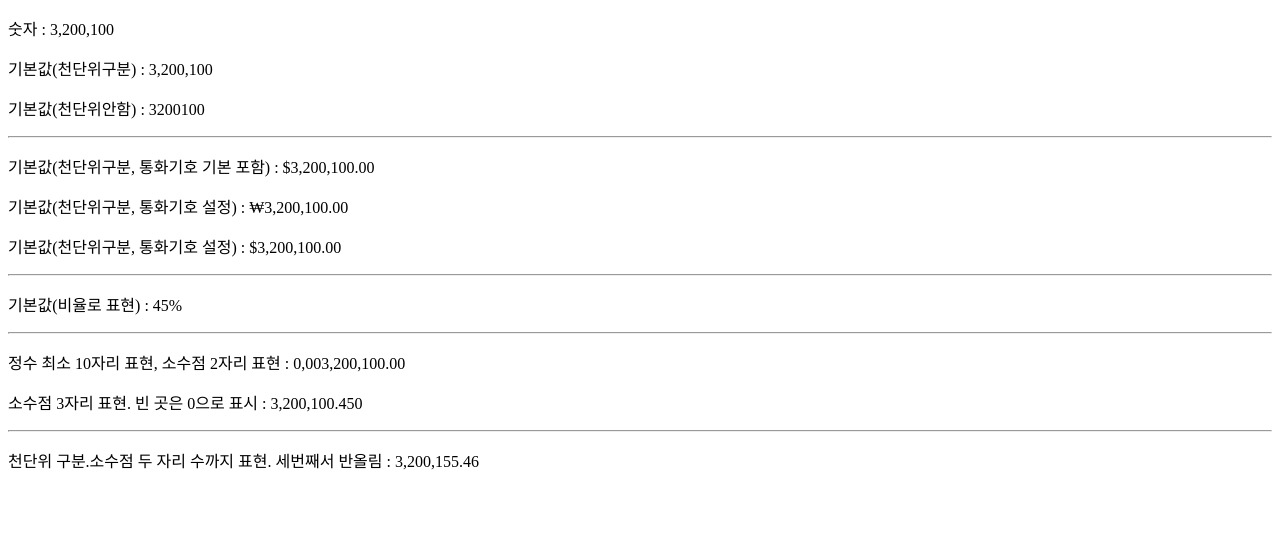
Repository: zhyuk/FullStackStudy
Page: http://localhost/jsptwo/13_02_jstl_fmt03.jsp
These files come from the project's save history. The page is drawn as it stood at one moment and after the next save; the edit follows.
The browser window is 1280 px wide. The pictures show the whole page.
The page is served by Tomcat 9. Other server files are loaded and not shown.

Above is the page before, as saved 2024-08-30 05:58:37.

### jsp/jspwork/jsptwo/src/main/webapp/13_02_jstl_fmt03.jsp
<%@ page language="java" contentType="text/html; charset=UTF-8"
    pageEncoding="UTF-8"%>
<%@ taglib prefix="fmt" uri="http://java.sun.com/jsp/jstl/fmt" %>
<!DOCTYPE html>
<html>
<head>
<meta charset="UTF-8">
<title>Internationalization (i18n - 국제화)</title>
</head>
<body>
	<!--  fmt : jstl의 fmt 사용했기 때문에 사용. -->
	<p>숫자 : <fmt:formatNumber value="3200100"/></p>
	<p>기본값(천단위구분) : <fmt:formatNumber value="3200100" type="number"/></p>
	<!--  groupingUsed="false" : 천단위 구분을 해제. 기본값이 true임 -->
	<p>기본값(천단위안함) : <fmt:formatNumber value="3200100" type="number" groupingUsed="false"/></p><hr>

	<!-- type="currency" : 통화기호까지 기본으로 포함. 기본값은 해당 국가를 인식해서 해당 통화기호를 붙여줌. -->
	<p>기본값(천단위구분, 통화기호 기본 포함) : <fmt:formatNumber value="3200100" type="currency"/></p>
	<p>기본값(천단위구분, 통화기호 설정) : <fmt:formatNumber value="3200100" type="currency" currencySymbol="&#8361;"/></p>
	<p>기본값(천단위구분, 통화기호 설정) : <fmt:formatNumber value="3200100" type="currency" currencySymbol="$"/></p><hr>

	<!-- percent : 백분률 표기법. %로 나타내줌 -->
	<p>기본값(비율로 표현) : <fmt:formatNumber value="0.45" type="percent"/></p><hr>

	<!-- 버그 있음 -->
	<!-- minIntegerDigits="10" : 최소 10자리 표현
			minFractionDigits="2" : 소수점 자리 2자리 표현
	-->
	<p>정수 최소 10자리 표현, 소수점 2자리 표현 : <fmt:formatNumber value="3200100" minIntegerDigits="10" minFractionDigits="2"/></p>
	<!-- pattern=",###.000" : 내가 원하는 패턴으로 지정. 기본값으로 groupingUsed 속성이 false 처리됨.
		# : 해당 자리에 표현할 값이 없으면 표현 X, 0 : 해당 자리에 표현할 값이 없으면 0으로 표현
	 -->
	<p>소수점 3자리 표현. 빈 곳은 0으로 표시 : <fmt:formatNumber value="3200100.45" pattern=",###.000"/></p><hr>

	<p>천단위 구분.소수점 두 자리 수까지 표현. 세번째서 반올림 : <fmt:formatNumber value="3200155.456" pattern="#,#00.0#"/></p>
</body>
</html>

After the next save:
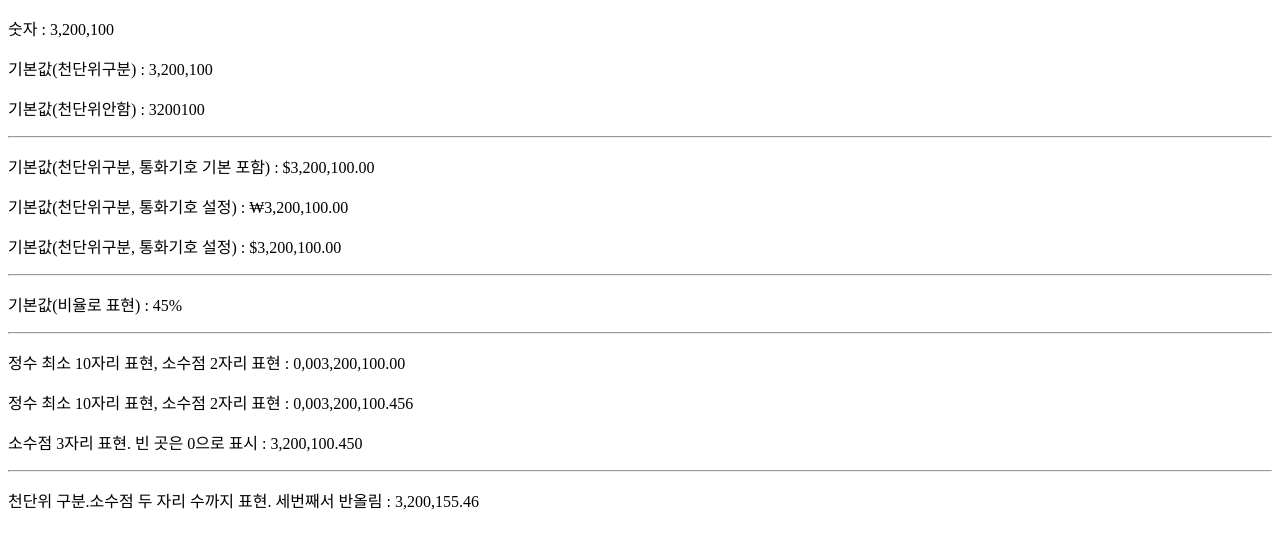
Saved 115 s later.
--- a/jsp/jspwork/jsptwo/src/main/webapp/13_02_jstl_fmt03.jsp
+++ b/jsp/jspwork/jsptwo/src/main/webapp/13_02_jstl_fmt03.jsp
@@ -22,11 +22,11 @@
 	<!-- percent : 백분률 표기법. %로 나타내줌 -->
 	<p>기본값(비율로 표현) : <fmt:formatNumber value="0.45" type="percent"/></p><hr>
 
+
+	<!-- minIntegerDigits="10" : 최소 10자리 표현, minFractionDigits="2" : 소수점 자리 2자리 표현 -->
+	<p>정수 최소 10자리 표현, 소수점 2자리 표현 : <fmt:formatNumber value="3200100" minIntegerDigits="10" minFractionDigits="2"/></p>
 	<!-- 버그 있음 -->
-	<!-- minIntegerDigits="10" : 최소 10자리 표현
-			minFractionDigits="2" : 소수점 자리 2자리 표현
-	-->
-	<p>정수 최소 10자리 표현, 소수점 2자리 표현 : <fmt:formatNumber value="3200100" minIntegerDigits="10" minFractionDigits="2"/></p>
+	<p>정수 최소 10자리 표현, 소수점 2자리 표현 : <fmt:formatNumber value="3200100.456" minIntegerDigits="10" minFractionDigits="2"/></p>
 	<!-- pattern=",###.000" : 내가 원하는 패턴으로 지정. 기본값으로 groupingUsed 속성이 false 처리됨.
 		# : 해당 자리에 표현할 값이 없으면 표현 X, 0 : 해당 자리에 표현할 값이 없으면 0으로 표현
 	 -->
